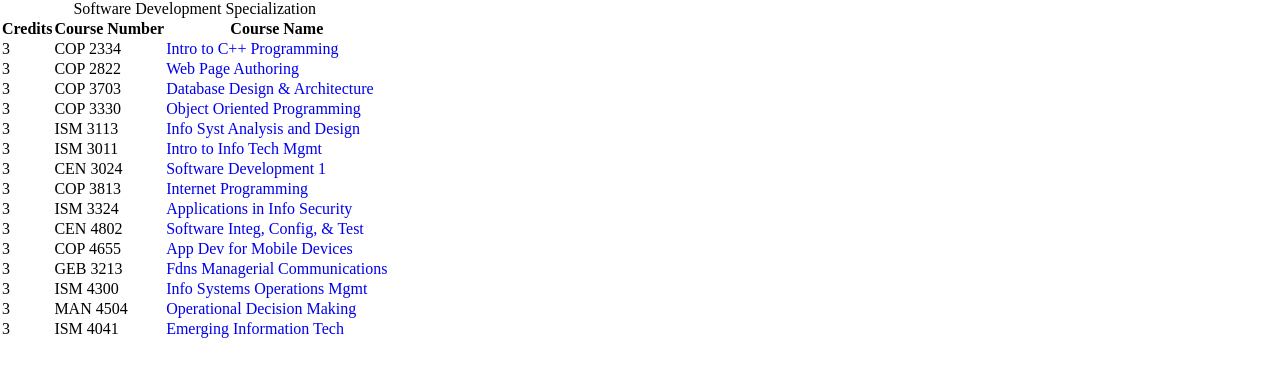
Repository: mlmEFSC21/P3-DegreeSpecializationTable
Page: index.html
The author's editor kept a copy of each file at every save. The page is drawn from the files as they stood at one save, then again after the next save.
The browser window is 1280 px wide. The pictures show the whole page.
Some web fonts or font styles are not loaded; a fallback is used.

Above is the page before, as saved 2022-02-01 20:43:44.

After the next save:
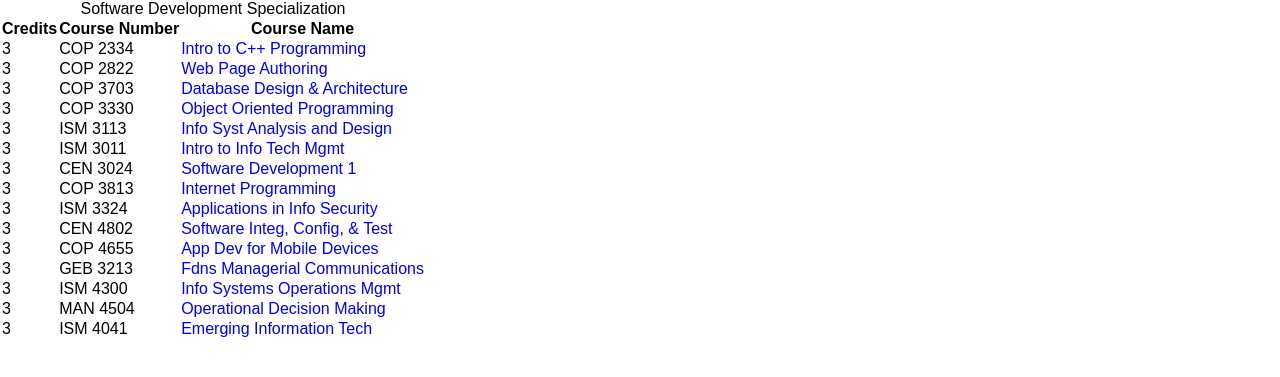
Saved 3 min 18 s later.
--- a/tableStyles.css
+++ b/tableStyles.css
@@ -15,6 +15,7 @@
     box-sizing: border-box;
 }
 body {
+    font-family: Spectral, sans-serif;
 }
 
 a {
